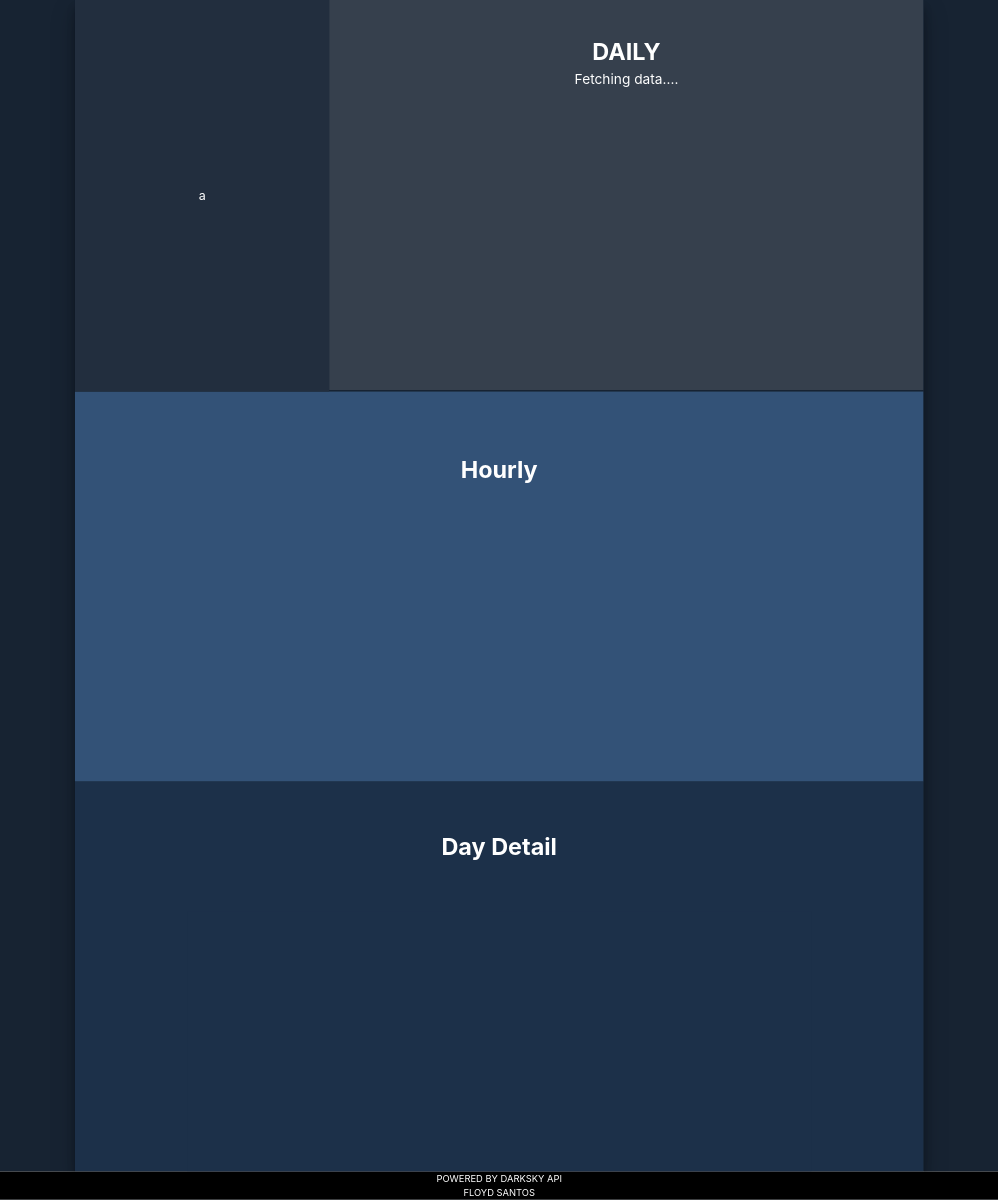
Repository: DOODpls/assignment3_weather
Page: index.html
These files come from the project's save history. The page is drawn as it stood at one moment and after the next save; the edit follows.
The browser window is 1280 px wide. The pictures show the whole page, at 78% of full size.
Some web fonts or font styles are not loaded; a fallback is used. Some web libraries are served in a nearby version.

Above is the page before, as saved 2020-01-12 19:48:11.

After the next save:
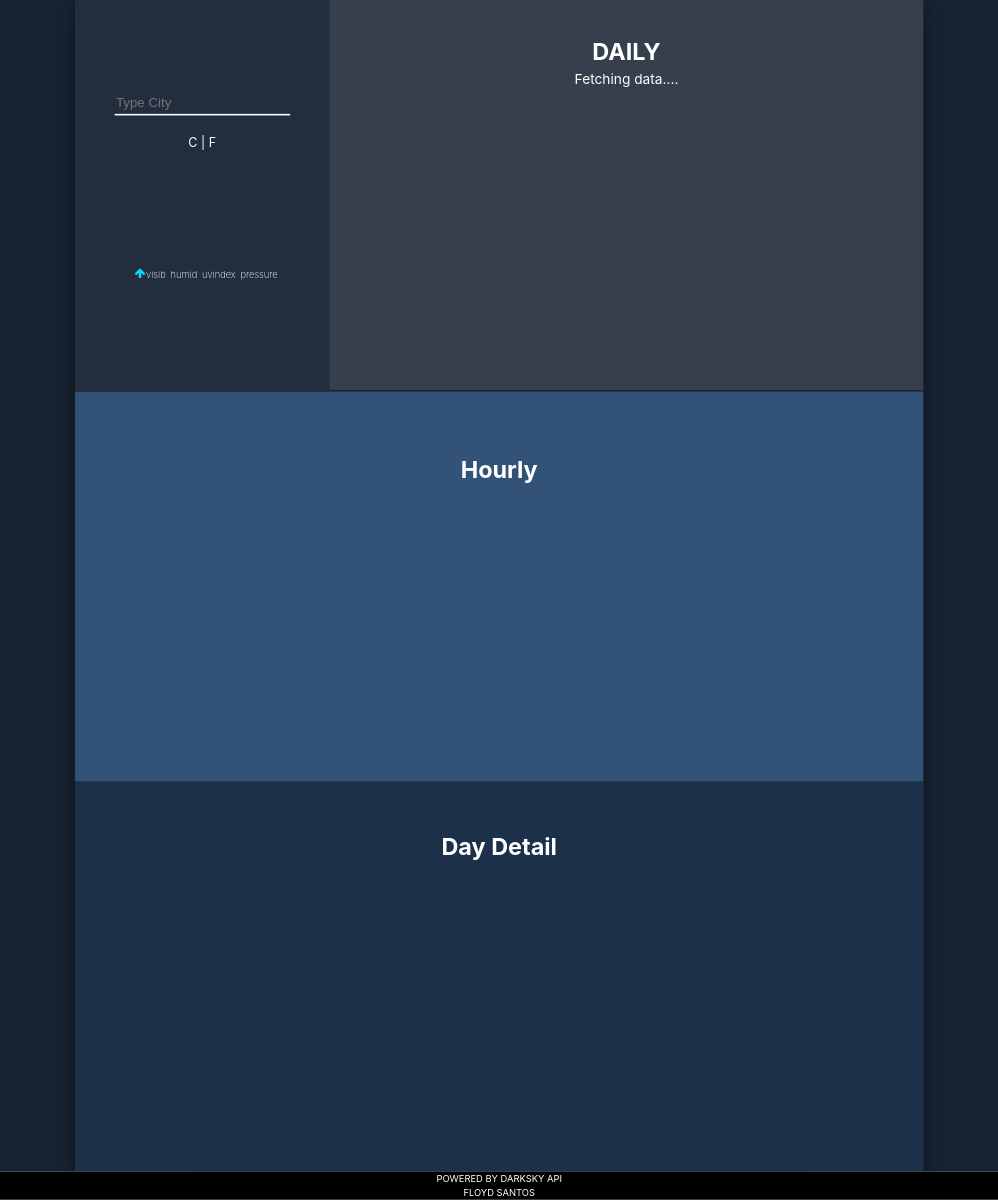
Saved 22 s later.
--- a/index.html
+++ b/index.html
@@ -27,7 +27,7 @@
     <body>
         <div class="page">
             <div class="main-container">
-                <div class="today-container" id="today-container" v-html="alertPanel">
+                <div class="today-container" id="today-container" >
                   <div class="alerts" id="alerts" v-on:click="opendescription = !opendescription"></div>
                   <form action="" method="post" name="form_citydetails" id="form_citydetails" class="searchform" enctype="multipart/form-data" onsubmit="return false;">
                     <input class="ff_elem city-text" type="text" name="ff_nm_from[]" value="" id="f_elem_city" placeholder="Type City" onkeydown="search(this)"/>
